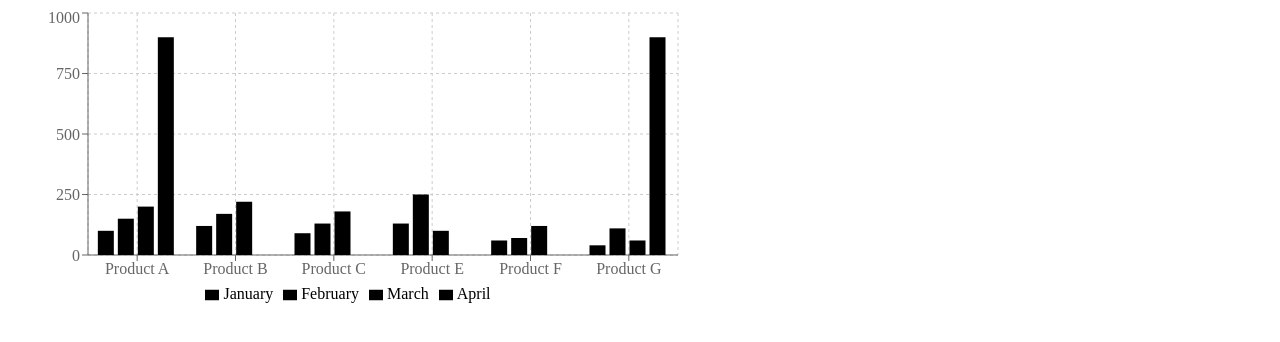
Repository: sagarjain738/test
Page: /
These files come from the project's save history. The page is drawn as it stood at one moment and after the next save; the edit follows.
The browser window is 1280 px wide. The pictures show the whole page.
The project was rebuilt for these pictures with package versions that can differ from the ones it lists, and the page was loaded fresh each time. Also part of the build but not shown: vite.config.js, src/App.css, src/components/SecondData.jsx, src/components/PieChart.jsx, src/components/Table.jsx, src/index.css.

Above is the page before, as saved 2024-01-20 23:34:04.

After the next save:
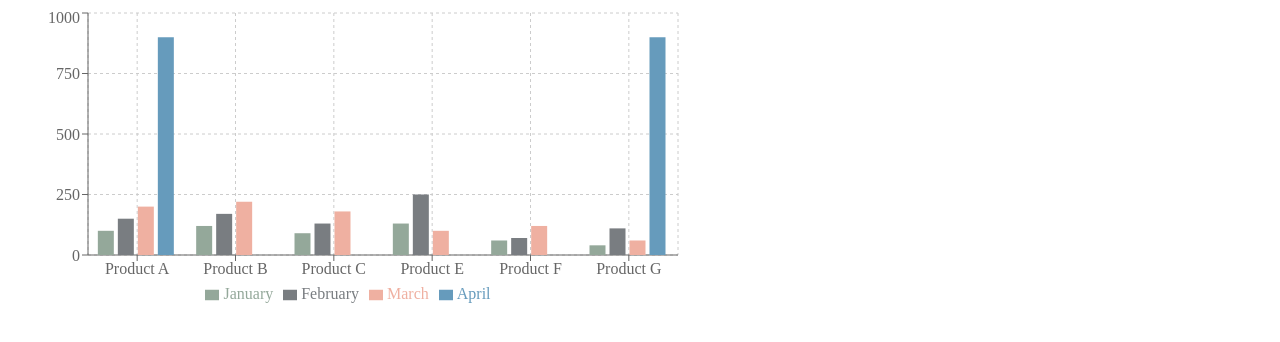
Saved 97 s later.
--- a/src/components/FirstChart.jsx
+++ b/src/components/FirstChart.jsx
@@ -33,6 +33,7 @@ const FirstChart = ({ records, monthNames }) => {
         <Bar
           key={month}
           dataKey={month}
+          fill={colors[i]}
           activeBar={<Rectangle fill={colors[i]} stroke="blue" />}
         />
       ))}
